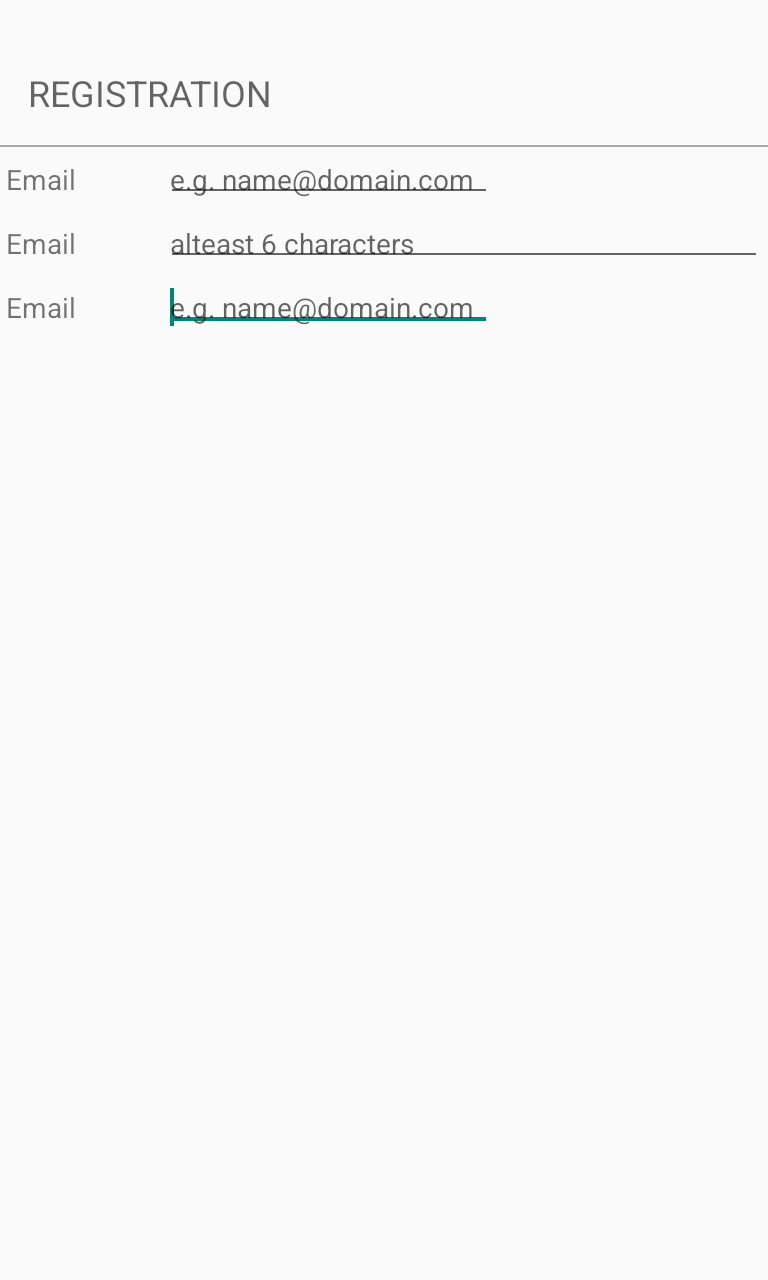
Repository: lMayuraDevani/BrentBrown
Layout: BrentBrown/res/layout/register.xml
These files come from the project's save history. The layout is drawn as it stood at one moment and after the next save; the edit follows.
It is drawn on a 768 x 1280 px phone screen (xhdpi) without system bars, with theme AppTheme; the app's code is not run.

Above is the layout before, as saved 2014-11-12 09:24:47.

After the next save:
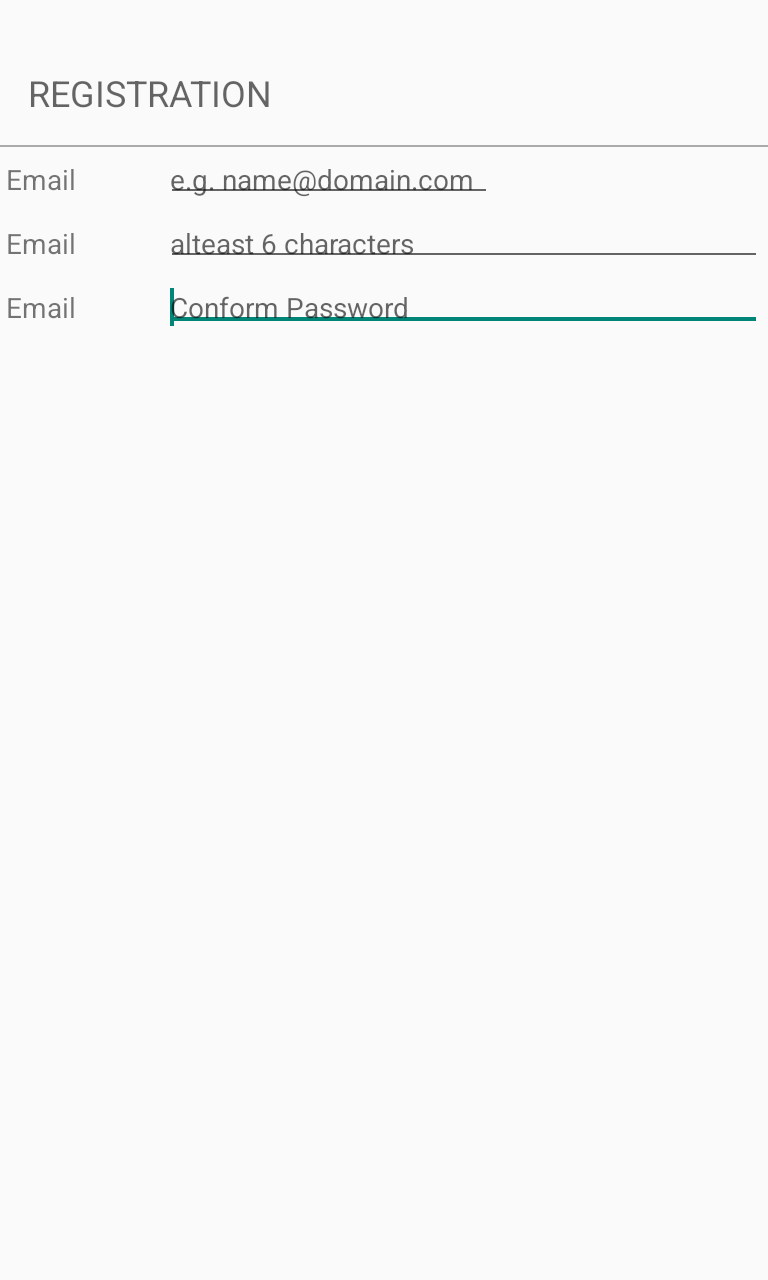
Saved 20 s later.
--- a/BrentBrown/res/layout/register.xml
+++ b/BrentBrown/res/layout/register.xml
@@ -94,11 +94,12 @@
                     android:textAppearance="?android:attr/textAppearanceSmall" />
 
                 <EditText
-                    android:id="@+id/emailtxt"
-                    android:layout_width="wrap_content"
+                    android:id="@+id/cpasswordtxt"
+                    android:layout_width="match_parent"
                     android:layout_height="wrap_content"
                     android:ems="10"
-                    android:hint="e.g. name@domain.com"
+                    android:hint="Conform Password"
+                    android:inputType="textPassword"
                     android:padding="3dp"
                     android:textAppearance="?android:attr/textAppearanceSmall"
                     android:textColor="#CDCCCD" >
